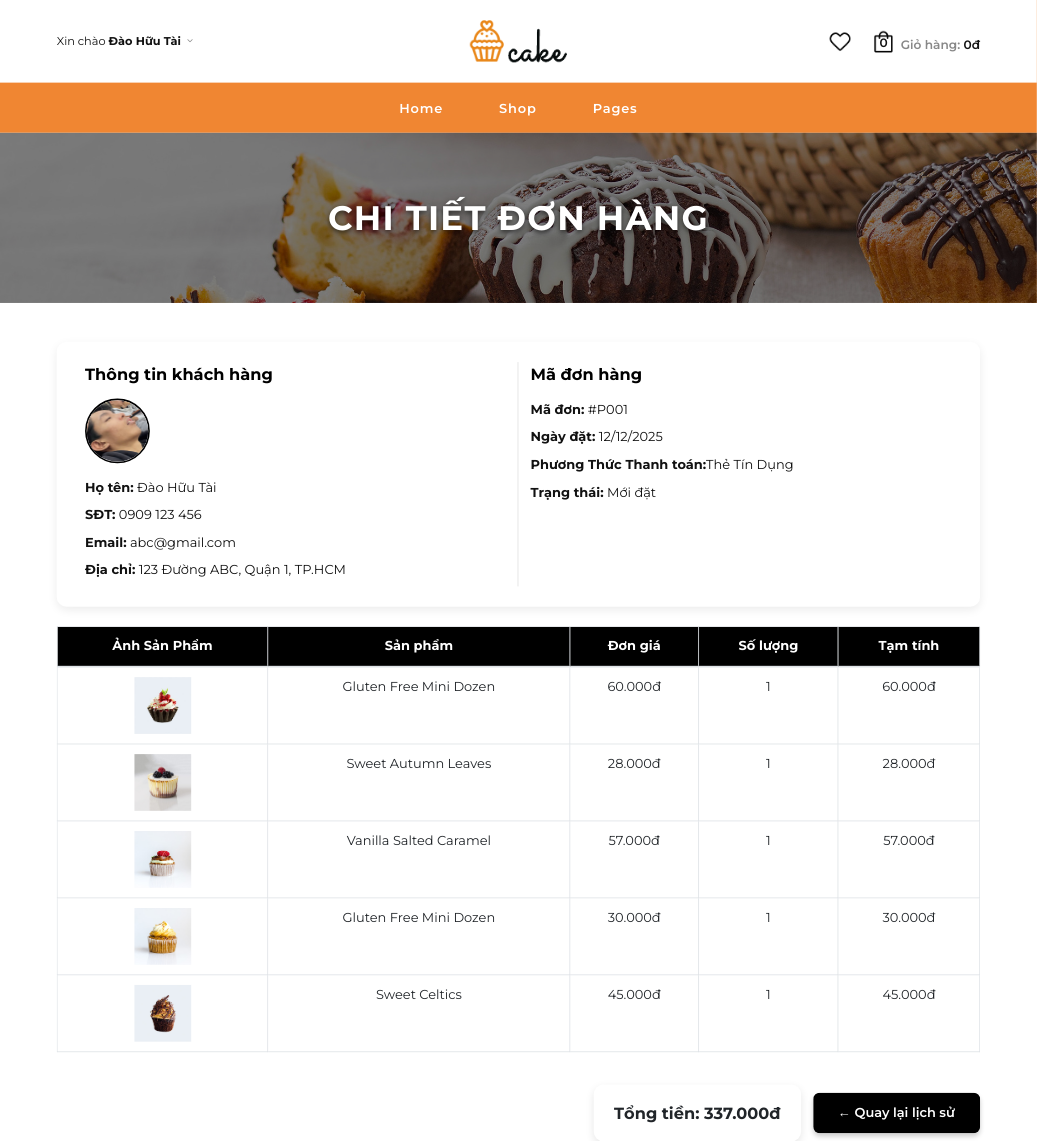
Repository: nhanto2n-byte/Nhom10ChieuThu3
Page: ProjectWeb/cake-main/xemlaidonhang.html
An editor plug-in stored every save of this project. The page is shown before and after the next save, followed by the edit.
The browser window is 1280 px wide. The pictures show the whole page, at 81% of full size.

Above is the page before, as saved 2025-11-11 07:21:38.

After the next save:
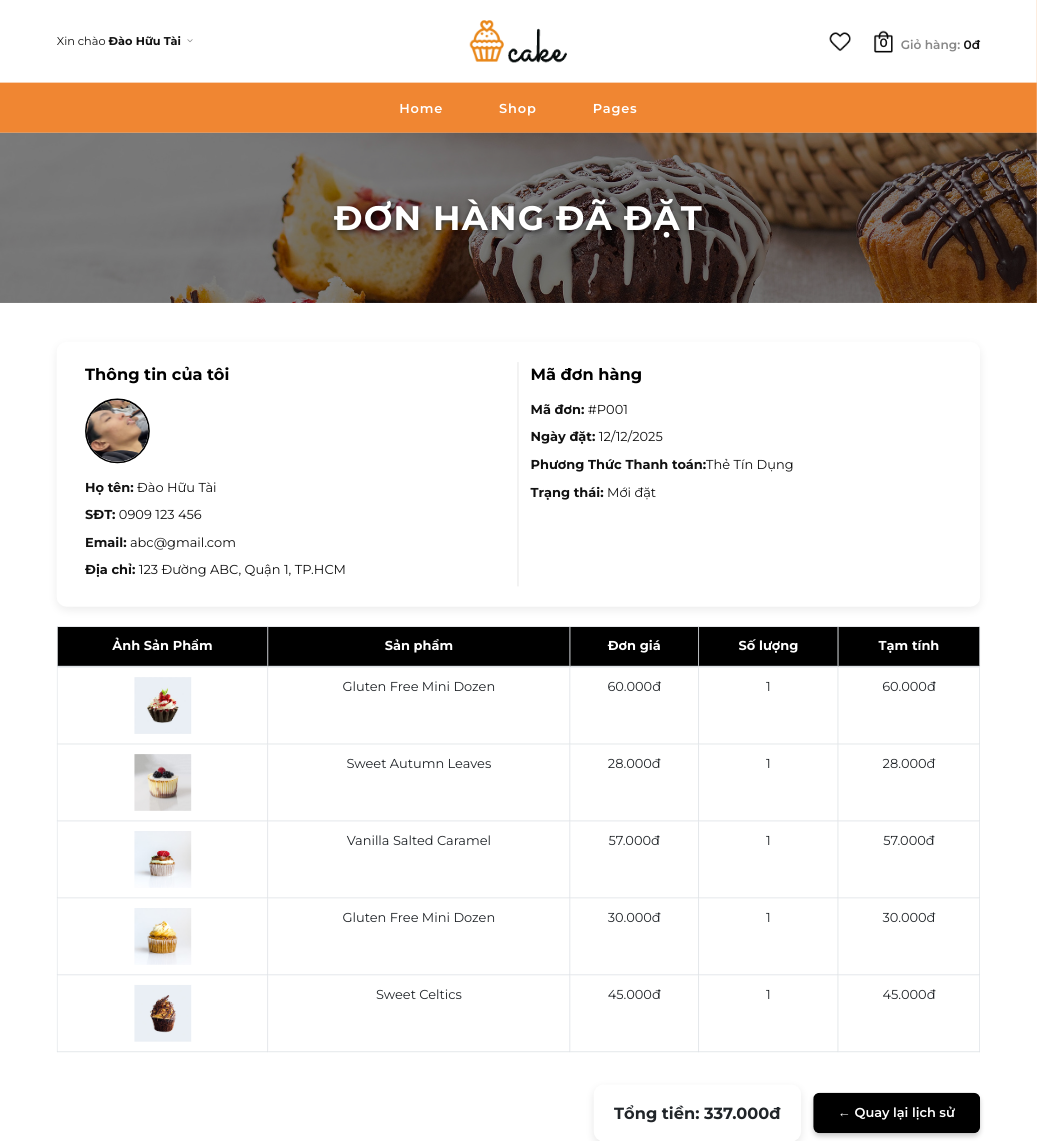
Saved 63 s later.
--- a/ProjectWeb/cake-main/xemlaidonhang.html
+++ b/ProjectWeb/cake-main/xemlaidonhang.html
@@ -382,7 +382,7 @@ input[type="radio"][name="page"] {
 
     <!-- HERO -->
     <div class="hero">
-        <h1>CHI TIẾT ĐƠN HÀNG</h1>
+        <h1>Đơn Hàng Đã Đặt</h1>
     </div>
 
     <div class="container my-5">
@@ -393,7 +393,7 @@ input[type="radio"][name="page"] {
 
                 <!-- Cột trái -->
                 <div class="col-md-6 info-block">
-                    <div class="info-title">Thông tin khách hàng</div>
+                    <div class="info-title">Thông tin của tôi </div>
 
                     <!-- Ảnh khách hàng -->
                     <img src="img/avatar.jpg" class="customer-avatar">
